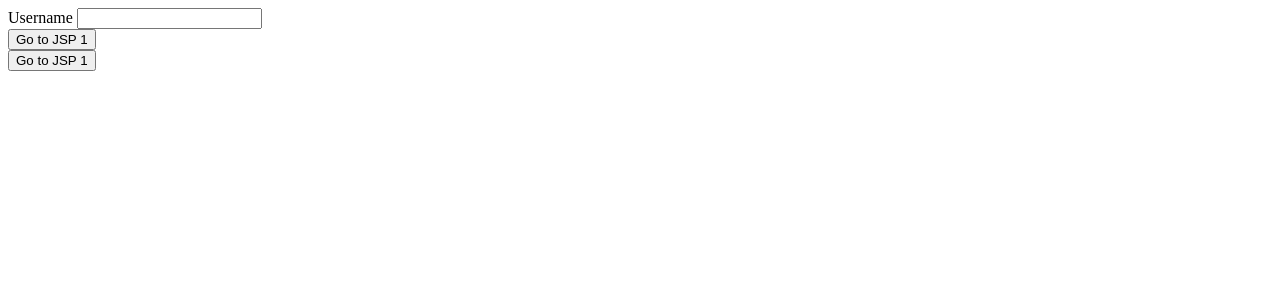
Repository: Max0077/WEJE1-master
Page: http://localhost/servlets/DemoJSP4.jsp
These files come from the project's save history. The page is drawn as it stood at one moment and after the next save; the edit follows.
The browser window is 1280 px wide. The pictures show the whole page.
The page is served by Tomcat 9.

Above is the page before, as saved 2022-09-07 11:55:17.

After the next save:
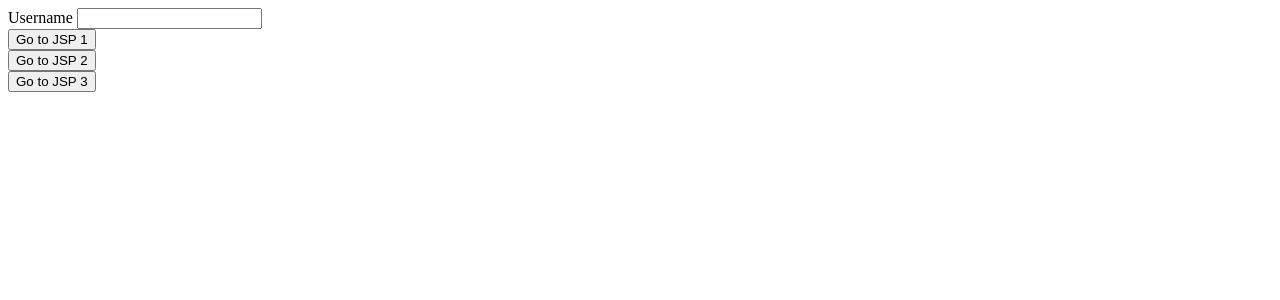
Saved 15 s later.
--- a/servlets/src/main/webapp/DemoJSP4.jsp
+++ b/servlets/src/main/webapp/DemoJSP4.jsp
@@ -14,7 +14,10 @@
 		<input type="submit" value="Go to JSP 1">
 	</form>
 	<form action="DemoJSP2.jsp">
-		<input type="submit" value="Go to JSP 1">
+		<input type="submit" value="Go to JSP 2">
+	</form>
+	<form action="DemoJSP3.jsp">
+		<input type="submit" value="Go to JSP 3">
 	</form>
 
 </body>
